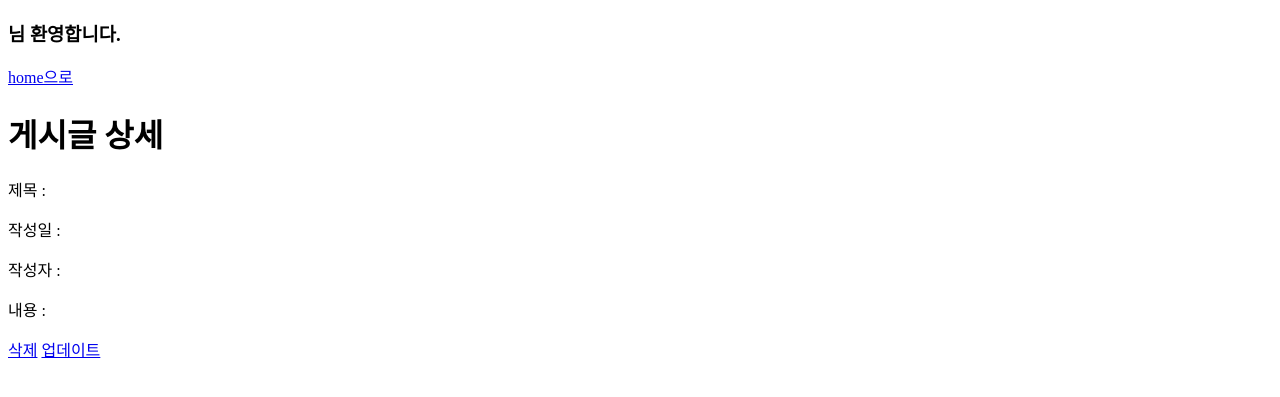
Repository: tjdanqkr/mvc
Page: http://localhost/board/WEB-INF/views/board/detail.jsp
The author's editor kept a copy of each file at every save. The page is drawn from the files as they stood at one save, then again after the next save.
The browser window is 1280 px wide. The pictures show the whole page.
The page is served by Tomcat 9. Nobody is signed in. Other server files are loaded and not shown. The template is opened directly, without the code that normally fills it, so the values that code supplies are empty.

Above is the page before, as saved 2023-02-02 08:08:17.

### board/src/main/webapp/WEB-INF/views/board/detail.jsp
<%@ page language="java" contentType="text/html; charset=UTF-8"
    pageEncoding="UTF-8"%>
<!DOCTYPE html>
<html>
<head>
<meta charset="UTF-8">
<title>Insert title here</title>
</head>
<body>
	<h3>${userName }님 환영합니다.</h3>
	<%@ include file="../fix/header.jsp" %>
	<h1>게시글 상세</h1>
	<p>제목 : ${title } </p>
	<p>작성일 : ${createDate } </p>
	<p>작성자 : ${userName } </p>
	<p>내용 : ${content } </p>
	<a href="delete?boardId=${id }">삭제</a>
	<!--  <a href="update?boardId=${id }&title=${title}&userName=${userName}&content=${content}">업데이트</a> -->
	<a href="update?boardId=${id }">업데이트</a>
</body>
</html>

### board/src/main/webapp/WEB-INF/views/fix/header.jsp
<%@ page language="java" contentType="text/html; charset=UTF-8"
    pageEncoding="UTF-8"%>

<a href="/board/home">home으로 </a>

After the next save:
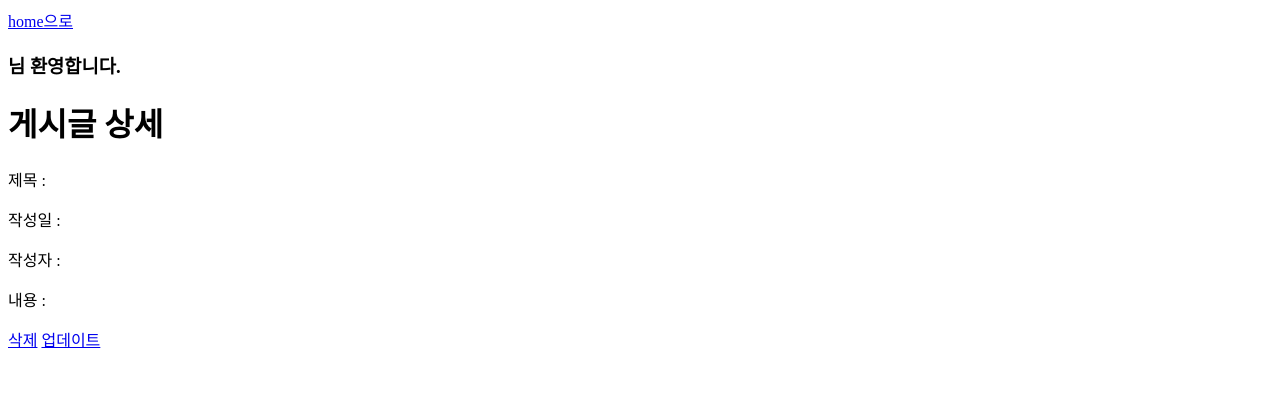
Saved 8 s later.
--- a/board/src/main/webapp/WEB-INF/views/board/detail.jsp
+++ b/board/src/main/webapp/WEB-INF/views/board/detail.jsp
@@ -7,8 +7,8 @@
 <title>Insert title here</title>
 </head>
 <body>
+	<%@ include file="../fix/header.jsp" %>
 	<h3>${userName }님 환영합니다.</h3>
-	<%@ include file="../fix/header.jsp" %>
 	<h1>게시글 상세</h1>
 	<p>제목 : ${title } </p>
 	<p>작성일 : ${createDate } </p>
